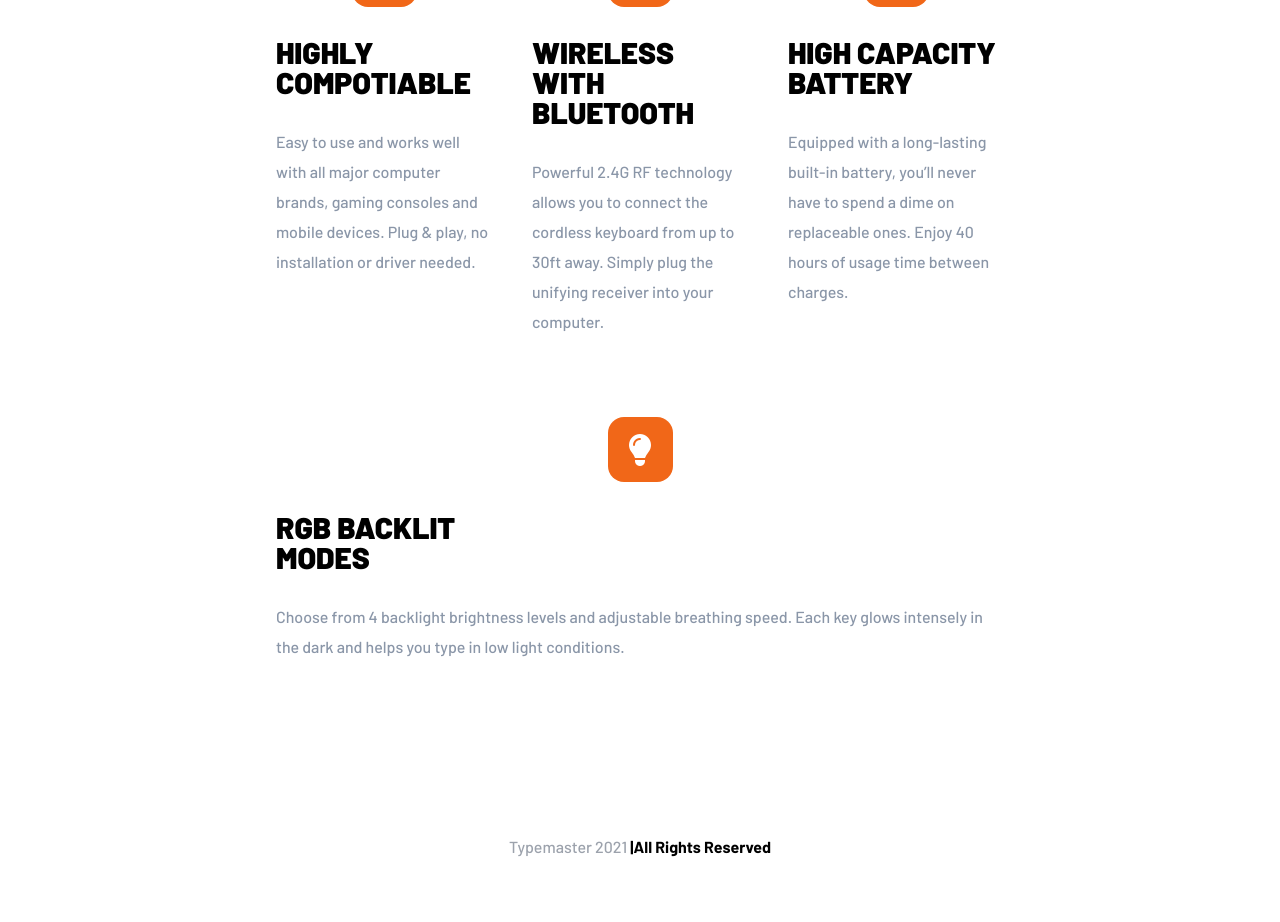
Repository: PeriAksoy/Figma
Page: figma1.html
These files come from the project's save history. The page is drawn as it stood at one moment and after the next save; the edit follows.
The browser window is 1280 px wide. The pictures show the part of the page from y = 1955 to 2907 px (the page is 2877 px tall before and 2907 px after).
A picture or video elsewhere on the page could not be fetched, so the positions and the page height are approximate.

Above is the page before, as saved 2024-07-04 17:50:29.

After the next save:
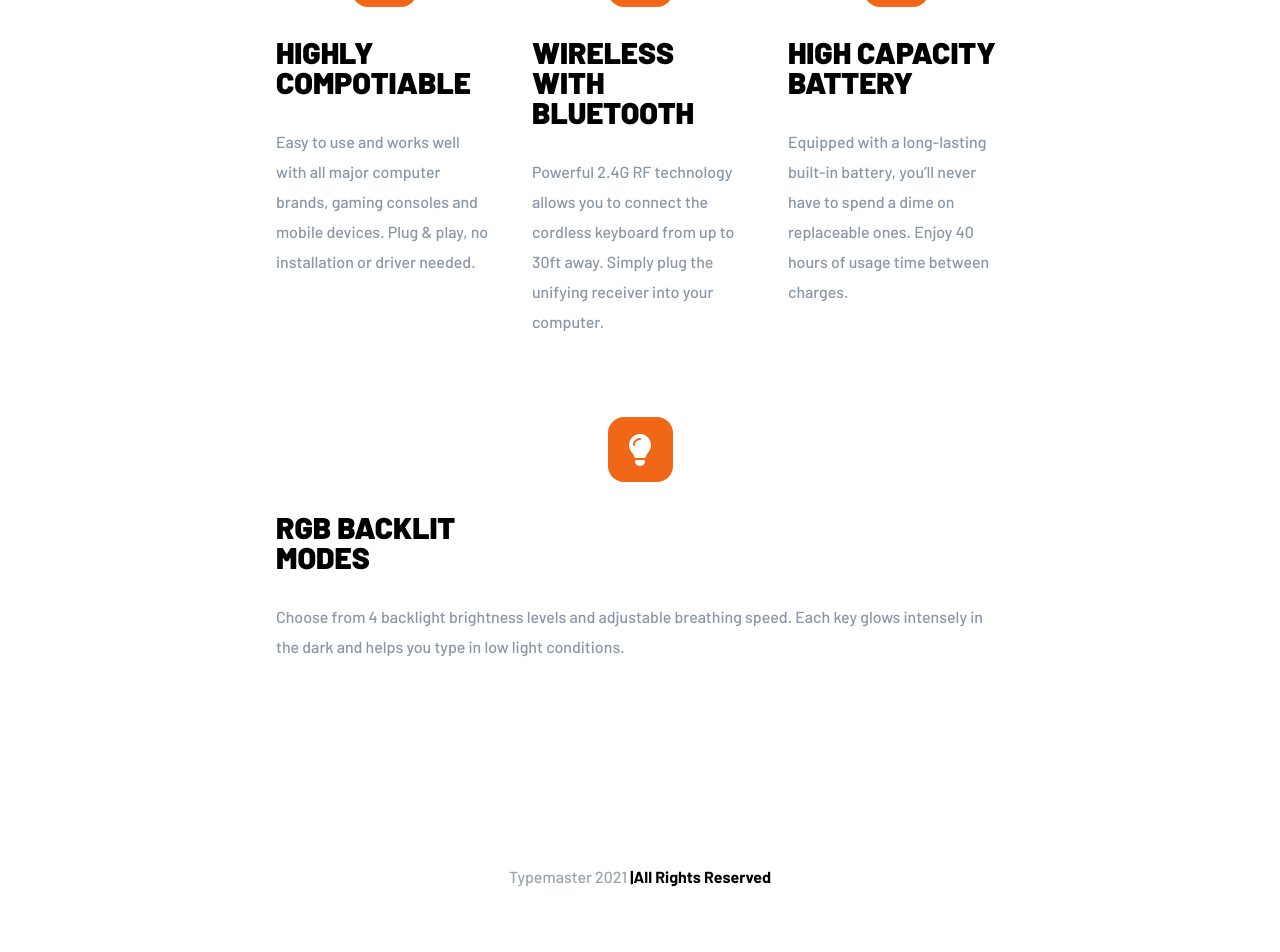
Saved 87 s later.
--- a/stylee.css
+++ b/stylee.css
@@ -176,7 +176,6 @@
    padding: 30px 20px 30px 20px;
    flex:1;
    justify-content: flex-start;
-
 }
 .icon_content{
     height: 65px;
@@ -211,7 +210,7 @@
     display: flex;
     flex-direction: row;
     justify-content: space-between;
-    margin-bottom: 70px;
+    margin-bottom: 100px;
     flex-wrap: wrap;
 }
 /* FOOTER */
